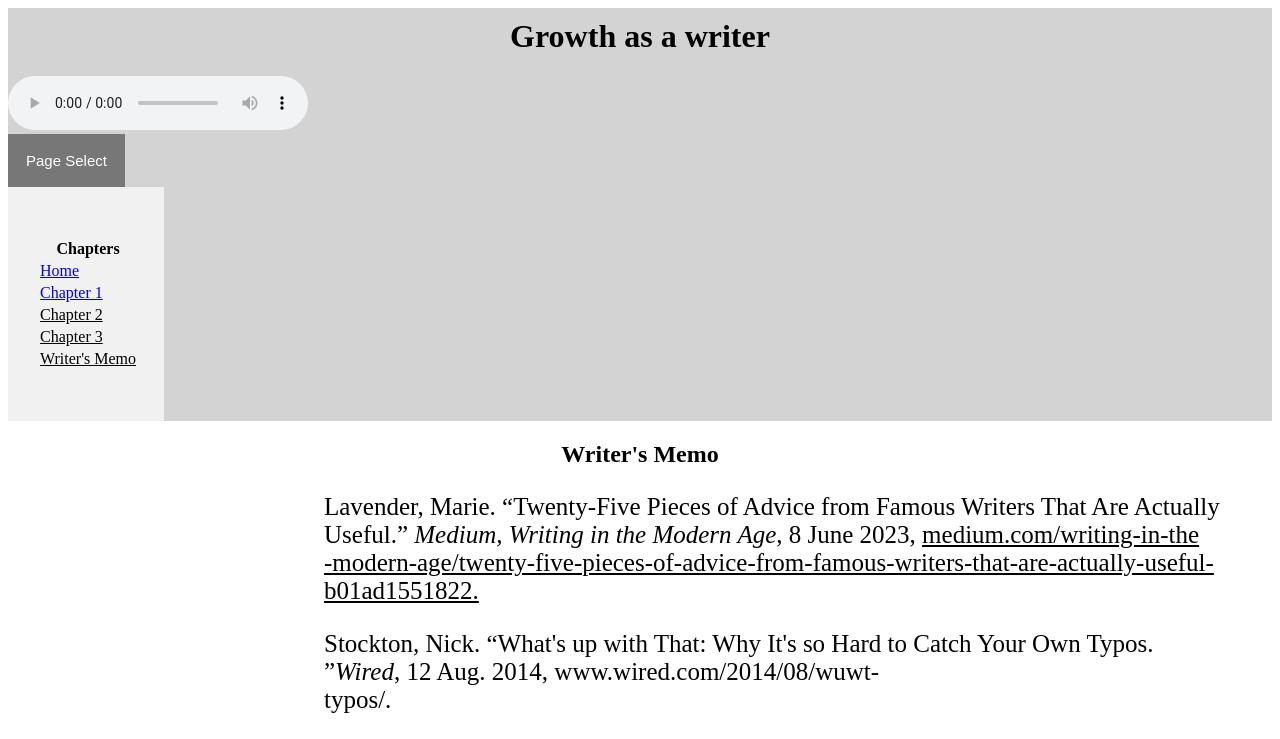
Repository: jpaisiem/WP-4
Page: WorksCited.html
The author's editor kept a copy of each file at every save. The page is drawn from the files as they stood at one save, then again after a run of saves.
The browser window is 1280 px wide. The pictures show the whole page.

Above is the page before, as saved 2025-05-01 12:14:27.
Console error: TypeError: Cannot read properties of undefined (reading 'toggle')

After the next 2 saves:
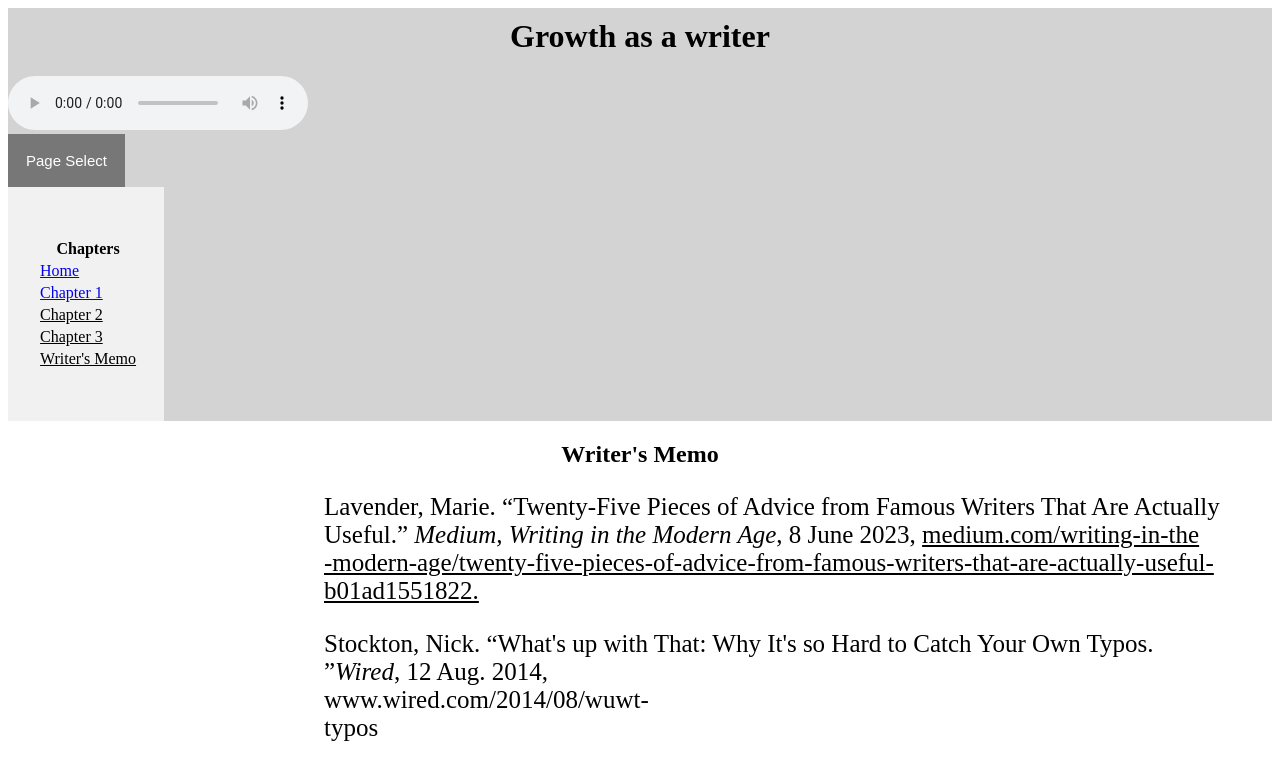
The 2 saves are shown as one change because they came seconds apart.
The last was saved 17 s later.
--- a/WorksCited.html
+++ b/WorksCited.html
@@ -87,8 +87,8 @@ li
 </p>
 <p>
      Stockton, Nick. <q>What&apos;s up with That: Why It&apos;s so Hard to Catch Your Own
-     Typos.<br></q><i>Wired</i>, 12 Aug. 2014, www.wired.com/2014/08/wuwt-<br>
-     typos/.<br>
+     Typos.<br></q><i>Wired</i>, 12 Aug. 2014, <br>www.wired.com/2014/08/wuwt-<br>
+     typos<br>
 </p>
 </div>
 <script>
